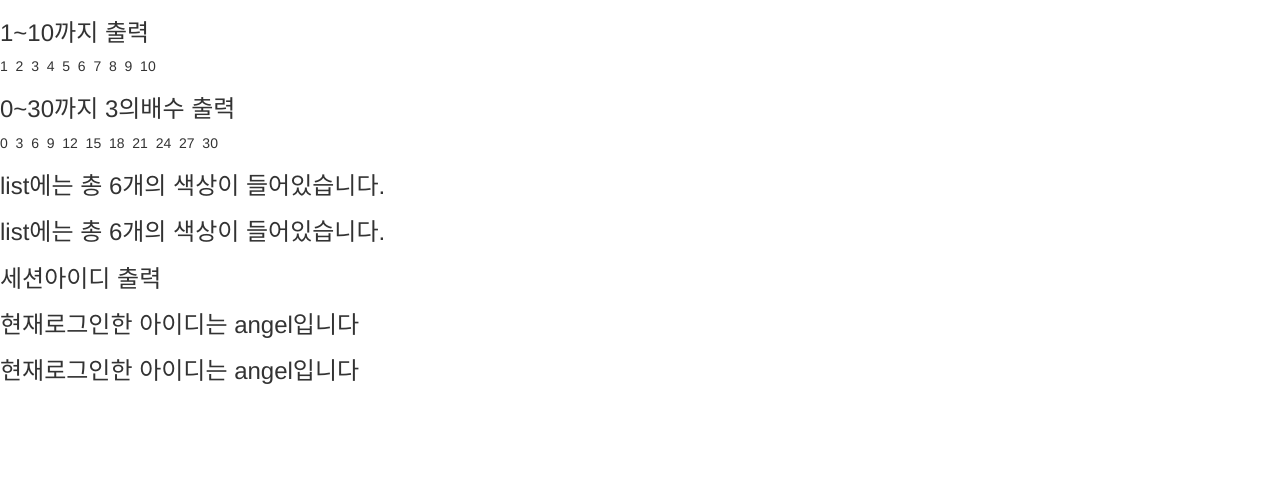
Repository: jungbee2/jungproject
Page: http://localhost/JstlProject/day0330/ex5_foreach.jsp
These files come from the project's save history. The page is drawn as it stood at one moment and after a run of saves; the edit follows.
The browser window is 1280 px wide. The pictures show the whole page.
Some web fonts or font styles are not loaded; a fallback is used. The page is served by Tomcat 9. Other server files are loaded and not shown.

Above is the page before, as saved 2023-03-30 02:28:53.

### JstlProject/src/main/webapp/day0330/ex5_foreach.jsp
<%@page import="java.util.List"%>
<%@page import="java.util.ArrayList"%>
<%@ page language="java" contentType="text/html; charset=utf-8"
	pageEncoding="utf-8"%>
<%@ taglib uri="http://java.sun.com/jsp/jstl/core" prefix="c"%>
<%@ taglib uri="http://java.sun.com/jsp/jstl/fmt" prefix="fmt"%>
<!DOCTYPE html>
<html>
<head>
<meta charset="utf-8">
<title>Insert title here</title>

<link
	href="https://fonts.googleapis.com/css2?family=Anton&family=Edu+VIC+WA+NT+Beginner:wght@600&family=Gamja+Flower&family=Single+Day&family=Jua&family=Nanum+Pen+Script&display=swap"
	rel="stylesheet">
<link rel="stylesheet"
	href="https://maxcdn.bootstrapcdn.com/bootstrap/3.4.1/css/bootstrap.min.css">
<script src="https://code.jquery.com/jquery-3.6.3.js"></script>

</head>

<body>
<%
	List<String> list=new ArrayList<>();

	list.add("red");
	list.add("green");
	list.add("orange");
	list.add("magenta");
	list.add("gray");
	list.add("pink");

	request.setAttribute("list", list);
	request.setAttribute("total", list.size());

	//세션에 저장
	session.setAttribute("id", "angel");

%>

<h3>1~10까지 출력</h3>
<c:forEach var="a" begin="1" end="10">
	${a }&nbsp;
</c:forEach>

<h3>0~30까지 3의배수 출력</h3>
<c:forEach var="a" begin="0" end="30" step="3">
	${a }&nbsp;
</c:forEach>

<!-- requestScope 생략가능 -->
<h3>list에는 총 ${requestScope.total }개의 색상이 들어있습니다.</h3>
<h3>list에는 총 ${total }개의 색상이 들어있습니다.</h3>

<!-- sessionScope는 생략하지 않는다 -->
<h3>세션아이디 출력</h3>
<h3>현재로그인한 아이디는 ${sessionScope.id }입니다</h3>
<h3>현재로그인한 아이디는 ${id }입니다</h3>
</body>
</html>

After the next 2 saves:
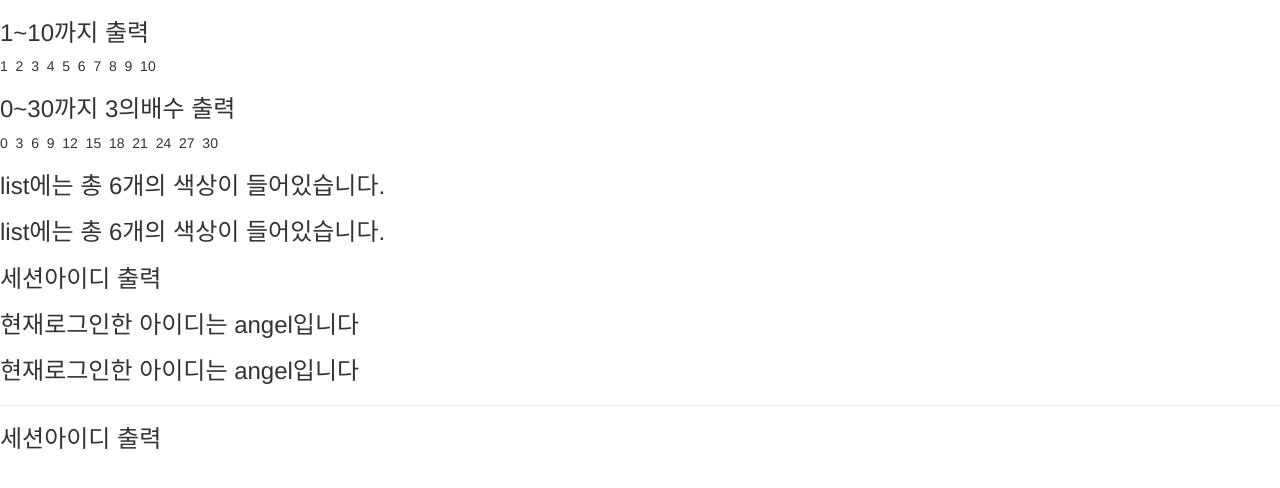
The 2 saves are shown as one change because they came seconds apart.
The last was saved 13 s later.
--- a/JstlProject/src/main/webapp/day0330/ex5_foreach.jsp
+++ b/JstlProject/src/main/webapp/day0330/ex5_foreach.jsp
@@ -56,5 +56,9 @@
 <h3>세션아이디 출력</h3>
 <h3>현재로그인한 아이디는 ${sessionScope.id }입니다</h3>
 <h3>현재로그인한 아이디는 ${id }입니다</h3>
+
+<hr>
+<h3>세션아이디 출력</h3>
+
 </body>
 </html>
